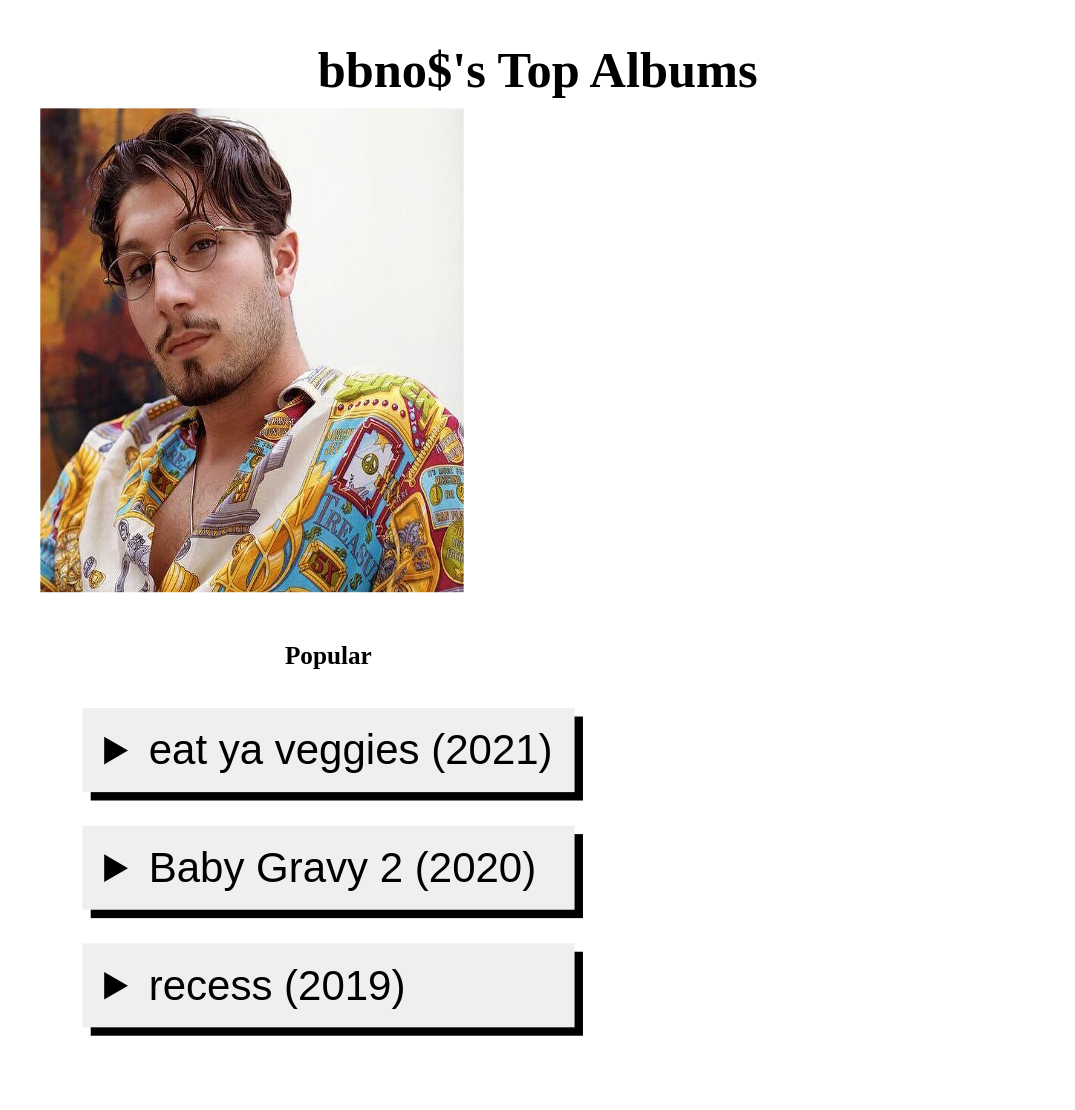
Repository: Jennica1/Lab1
Page: /
These files come from the project's save history. The page is drawn as it stood at one moment and after the next save; the edit follows.
The browser window is 1280 px wide. The pictures show the whole page, at 84% of full size.
The project was rebuilt for these pictures with package versions that can differ from the ones it lists, and the page was loaded fresh each time. Also part of the build but not shown: vite.config.js.

Above is the page before, as saved 2024-09-09 20:09:54.

### index.html
<!doctype html>
<html lang="en">
  <head>
    <meta charset="UTF-8" />
    <link rel="icon" type="image/svg+xml" href="/vite.svg" />
    <meta name="viewport" content="width=device-width, initial-scale=1.0" />
    <title>Top bbno$ Albums</title>
  </head>
  <body>
    <div id="root"></div>
    <script type="module" src="/src/main.jsx"></script>
  </body>
</html>

### src/App.jsx
import { useState } from 'react'
import reactLogo from './assets/react.svg'
import viteLogo from '/bbno$icon.jpg'

import './App.css'

function App() {

  return (
    <>

      <body className='main'>
        <header className='header'>
          <h1 className='title'>bbno$'s Top Albums</h1>
        </header>

      <div className='container'>
        <div className='split left'>
          <img src="/images/bbno$_profile.webp" alt='bbno$' />
        </div>

        <div className='split right'>
          <div className='albums'>
            <h2 className='subtitle'>Popular</h2>
            <button>
              <details>
                <summary>eat ya veggies (2021)</summary>
                <p>edamame (ft. Rich Brian)</p>
                <p>big boss baby</p>
                <p>2 time zones</p>
              </details>
            </button>
            <button>
              <details>
                <summary>Baby Gravy 2 (2020)</summary>
                <p>Welcome to Chillis</p>
                <p>Cadbury Creme</p>
                <p>Shining on my ex</p>
              </details>
            </button>
            <button>
              <details>
                <summary>recess (2019)</summary>
                <p>nursery</p>
                <p>bunk</p>
                <p>chess</p>
              </details>
            </button>
          </div>
        </div>
      </div>
      </body>


    </>
  )
}

export default App

### src/index.css
summary {
    font-size: 50px;
    text-align: left;
    margin: 20px;
}

button {
    margin: 20px;
    border-style: none;
    box-shadow: 10px 10px;
}

p {
    font-size: 20px;
}

img {
    object-fit: fill;
    width: 70vh;
    height: 80vh;
}

### src/App.css
#root {
  margin: 0 auto;
  padding: 2rem;
}

.header {
  font-size: 30px;

}

.title {
  margin: 10px;
  display: flex;
  justify-content: center;
}

.subtitle {
  font-size: 30px;
  text-align: center;
}

.albums {
 margin: 30px;
 display: flex;
 flex-direction: column;

}

.container {
display: flex;
flex-wrap: wrap;
z-index: -1;
}

.left {
  width: fit-content;
}

.right {
width: fit-content;
}

Loaded but not shown: src/main.jsx (common file)

After the next save:
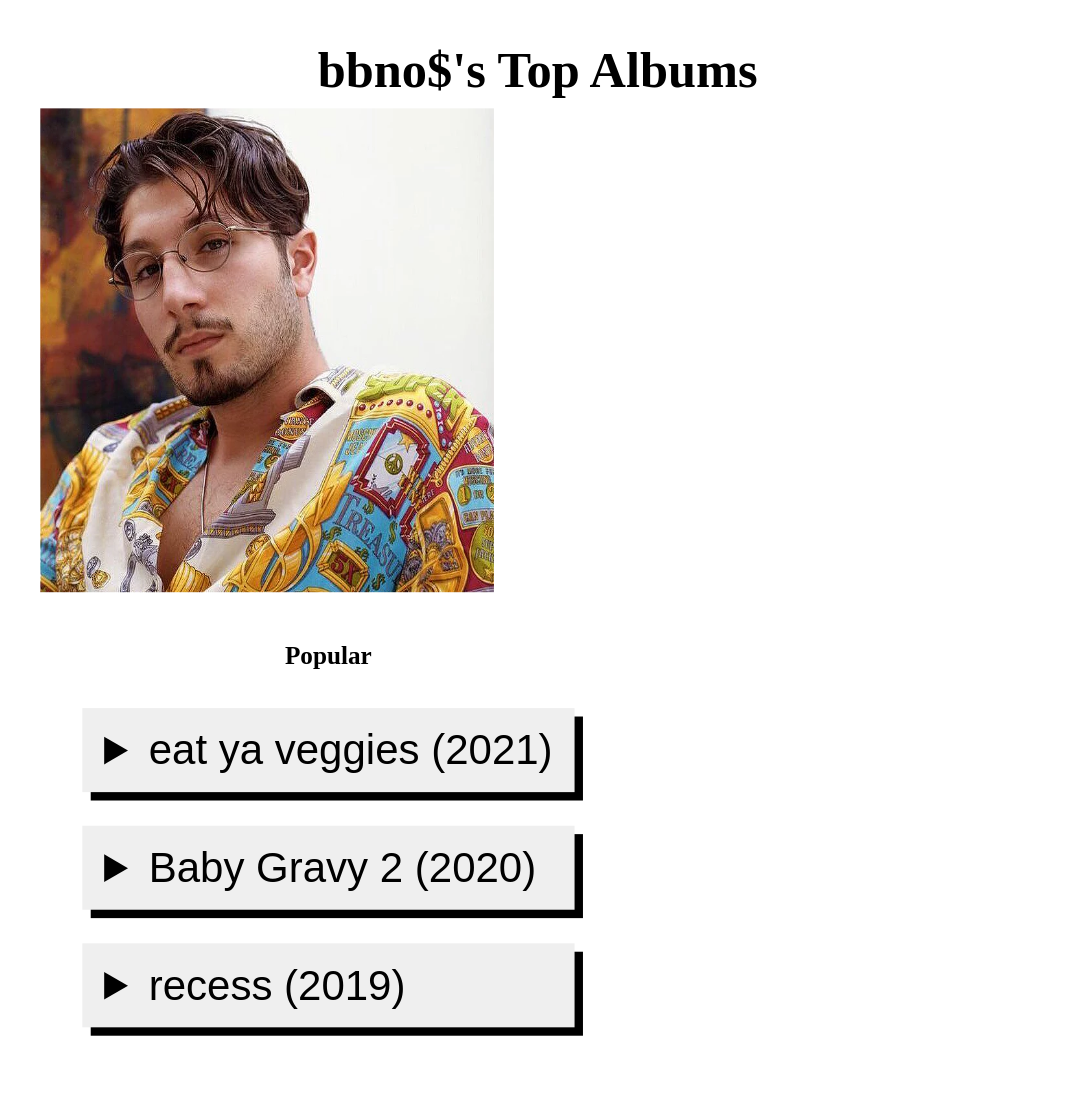
Saved 6 s later.
--- a/src/index.css
+++ b/src/index.css
@@ -16,6 +16,6 @@
 
 img {
     object-fit: fill;
-    width: 70vh;
+    width: 75vh;
     height: 80vh;
 }
